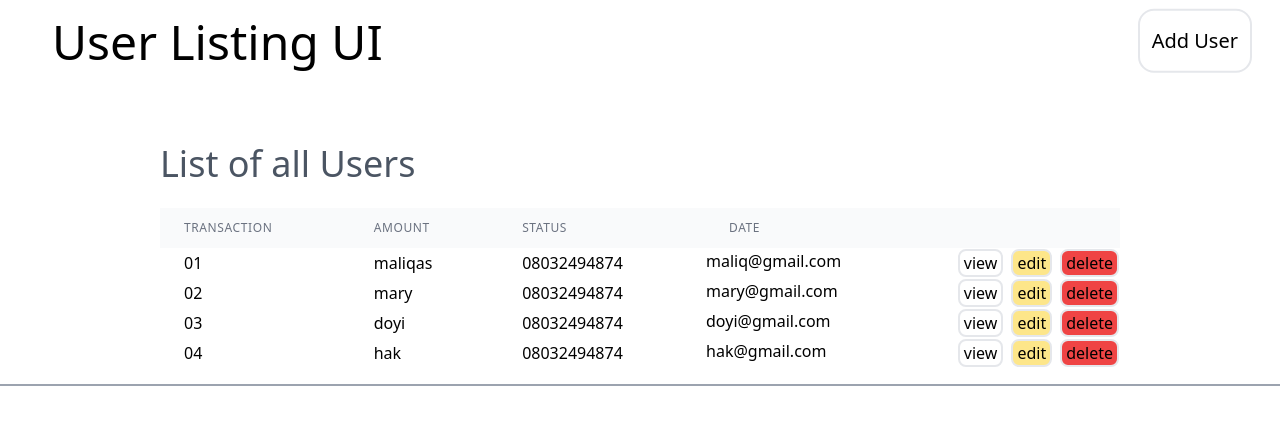
Repository: Marlstergo/listings
Page: /view (app in client/)
An editor plug-in stored every save of this project. The page is shown before and after the next save, followed by the edit.
The browser window is 1280 px wide. The pictures show the whole page.
The project was rebuilt for these pictures with package versions that can differ from the ones it lists, and the page was loaded fresh each time. Also part of the build but not shown: client/craco.config.js, client/src/components/userRowhome.js, client/src/components/Home.js, client/src/components/EditUser.js.

Above is the page before, as saved 2021-07-21 16:53:07.

After the next save:
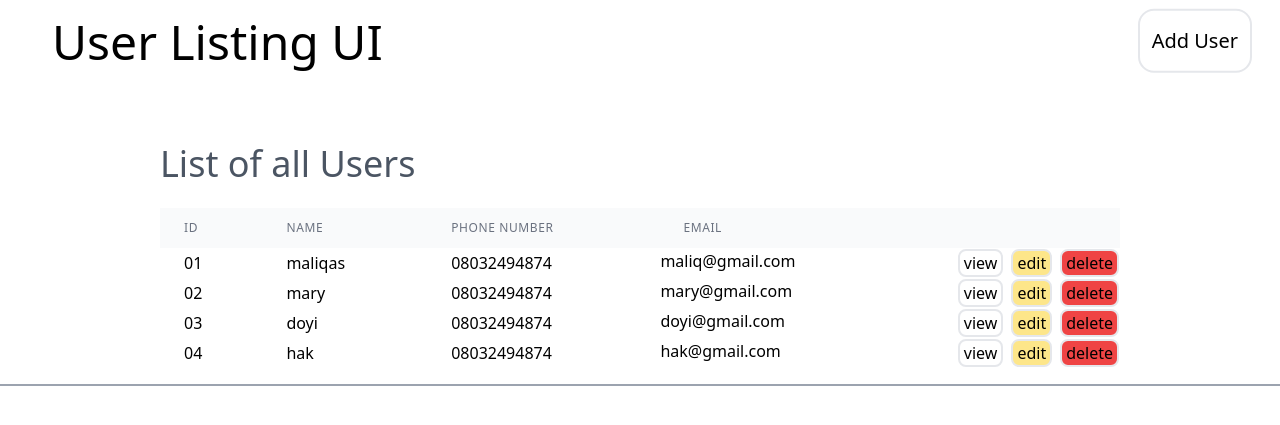
Saved 100 s later.
--- a/client/src/components/List.js
+++ b/client/src/components/List.js
@@ -72,16 +72,16 @@ const List = ({ addBase, pizza }) => {
           <thead>
             <tr>
               <th className="px-6 py-3 bg-gray-50 text-left text-xs font-medium text-gray-500 uppercase tracking-wider">
-                Transaction
+                Id
               </th>
               <th className="px-6 py-3 bg-gray-50 text-left text-xs font-medium text-gray-500 uppercase tracking-wider">
-                Amount
+                Name
               </th>
               <th className=" px-6 py-3 bg-gray-50 text-left text-xs font-medium text-gray-500 uppercase tracking-wider">
-                Status
+                Phone Number
               </th>
               <th className="px-6 py-3 bg-gray-50 text-left text-xs font-medium text-gray-500 uppercase tracking-wider">
-                Date
+                Email
               </th>
             </tr>
             {users.map((user) => (
